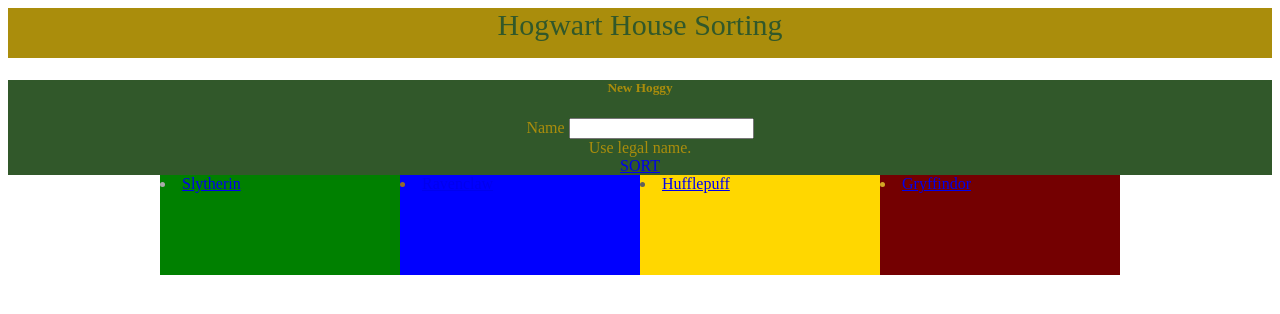
Repository: ZamlZam/INDIVIDUAL-PROJECT-sorting-hat
Page: index.html
An editor plug-in stored every save of this project. The page is shown before and after the next save, followed by the edit.
The browser window is 1280 px wide. The pictures show the whole page.

Above is the page before, as saved 2023-04-29 12:24:18.

After the next save:
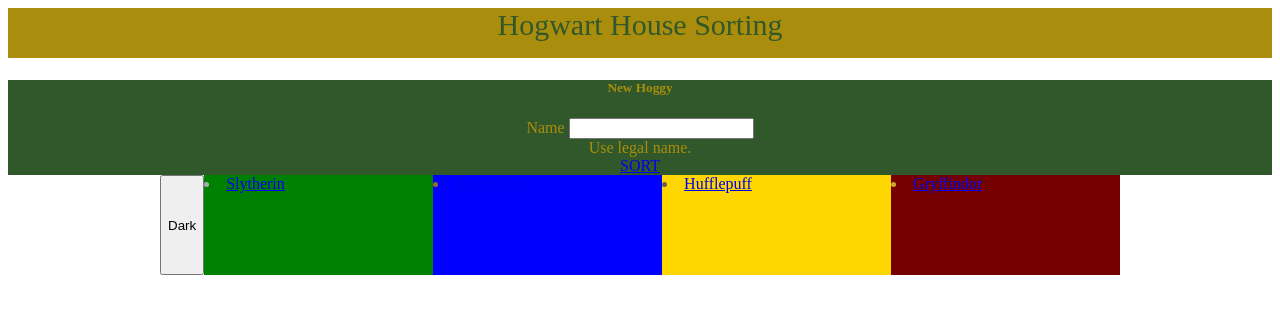
Saved 11 s later.
--- a/index.html
+++ b/index.html
@@ -29,6 +29,7 @@
     <div class="card-footer">
       <!-- <div class="flex-container"> -->
       <div class="Houses">
+        <button type="button" class="btn btn-outline-dark">Dark</button>
         <li class="box one">
           <a class="nav-Slytherin" href="#">Slytherin</a>
         </li>
